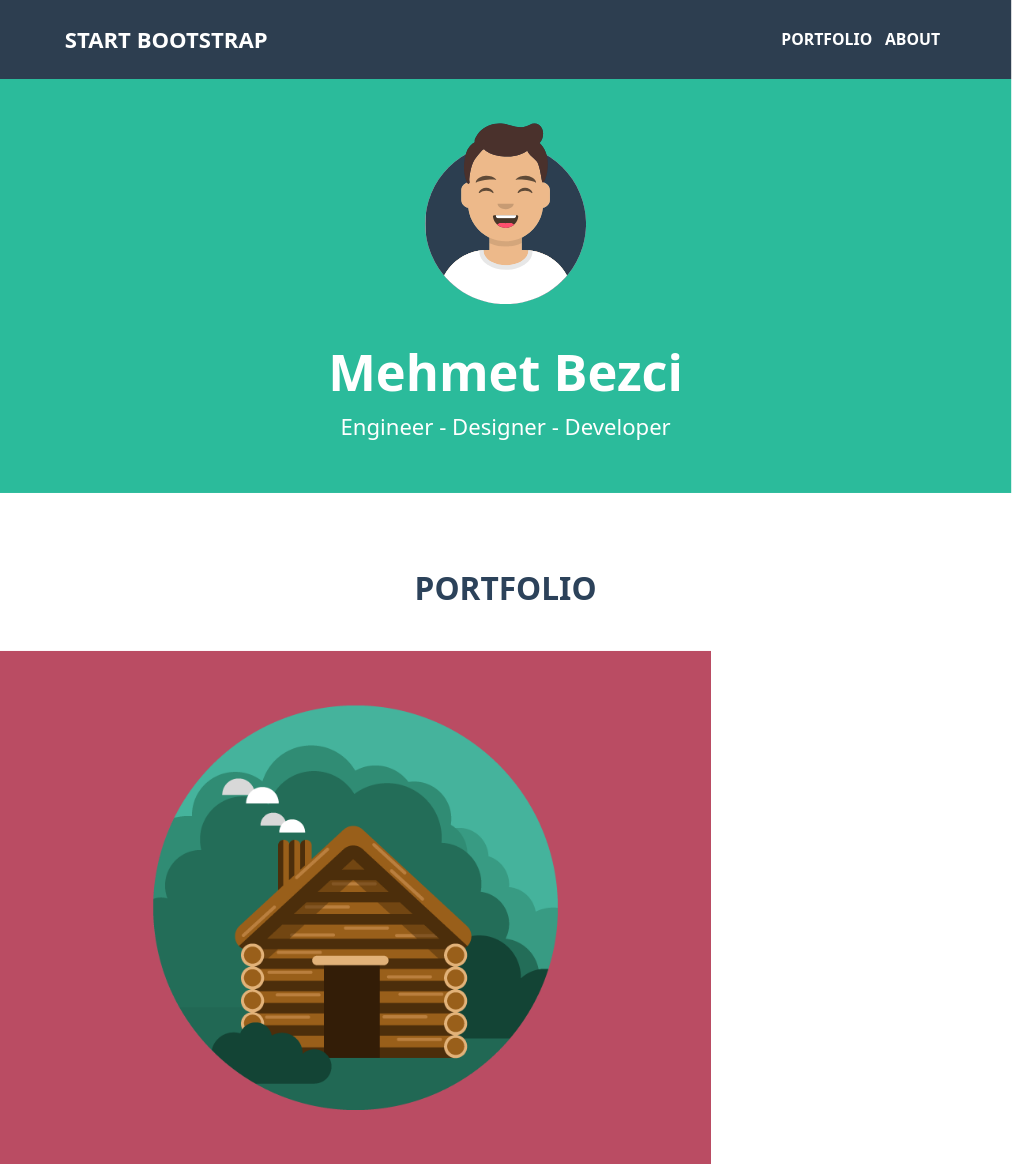
Repository: 7JaxeN7/WT-1255P-Mehmet_BEZC-
Page: index.html
The author's editor kept a copy of each file at every save. The page is drawn from the files as they stood at one save, then again after the next save.
The browser window is 1280 px wide. The page is 1292 px wide, then 1280 px, so the pictures cover 1292 px, including what lies to the right of the window. The pictures show the whole page, at 79% of full size.

Above is the page before, as saved 2025-01-06 21:28:18.

After the next save:
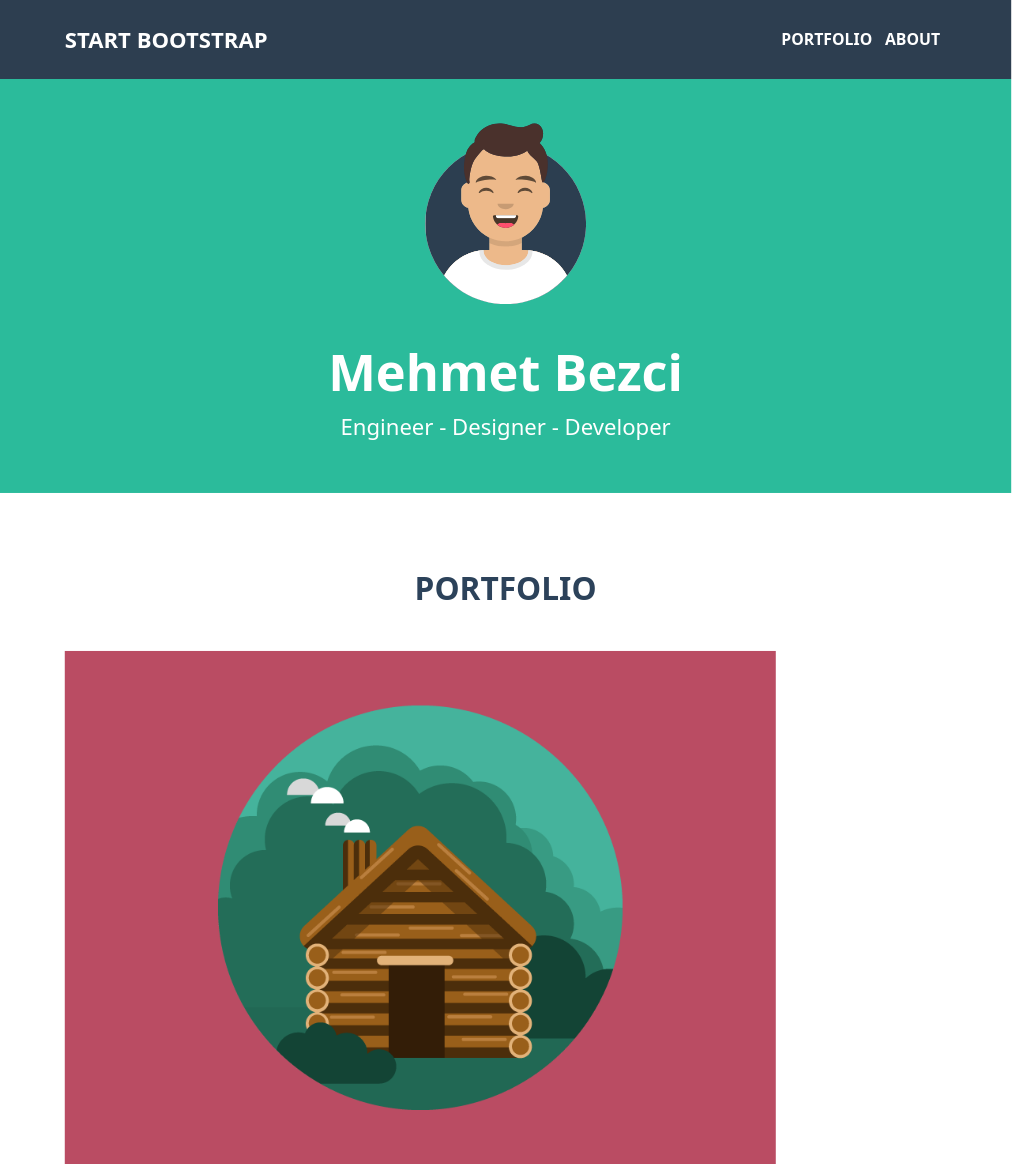
Saved 6 min 10 s later.
--- a/index.html
+++ b/index.html
@@ -44,12 +44,14 @@
    <!-- Portfolio -->
     <div class="portfolio-section">
       <h2 class="text-center mt-5 pt-5 pb-5 fs-1 fw-semibold portfolio-tittle">PORTFOLIO</h2>
-      <div class="row">
-        <div class="col-12">
-          <img src="/assets/img/cabin.png" class="img-fluid"
+      <div class="container">
+        <div class="row">
+          <div class="col-12">
+            <img src="/assets/img/cabin.png" class="img-fluid">
+          </div>
+          <div class="col-12"></div>
+          <div class="col-12"></div>
         </div>
-        <div class="col-12"></div>
-        <div class="col-12"></div>
       </div>
     </div>
   <!-- Burası bootstrap script kısmı -->
